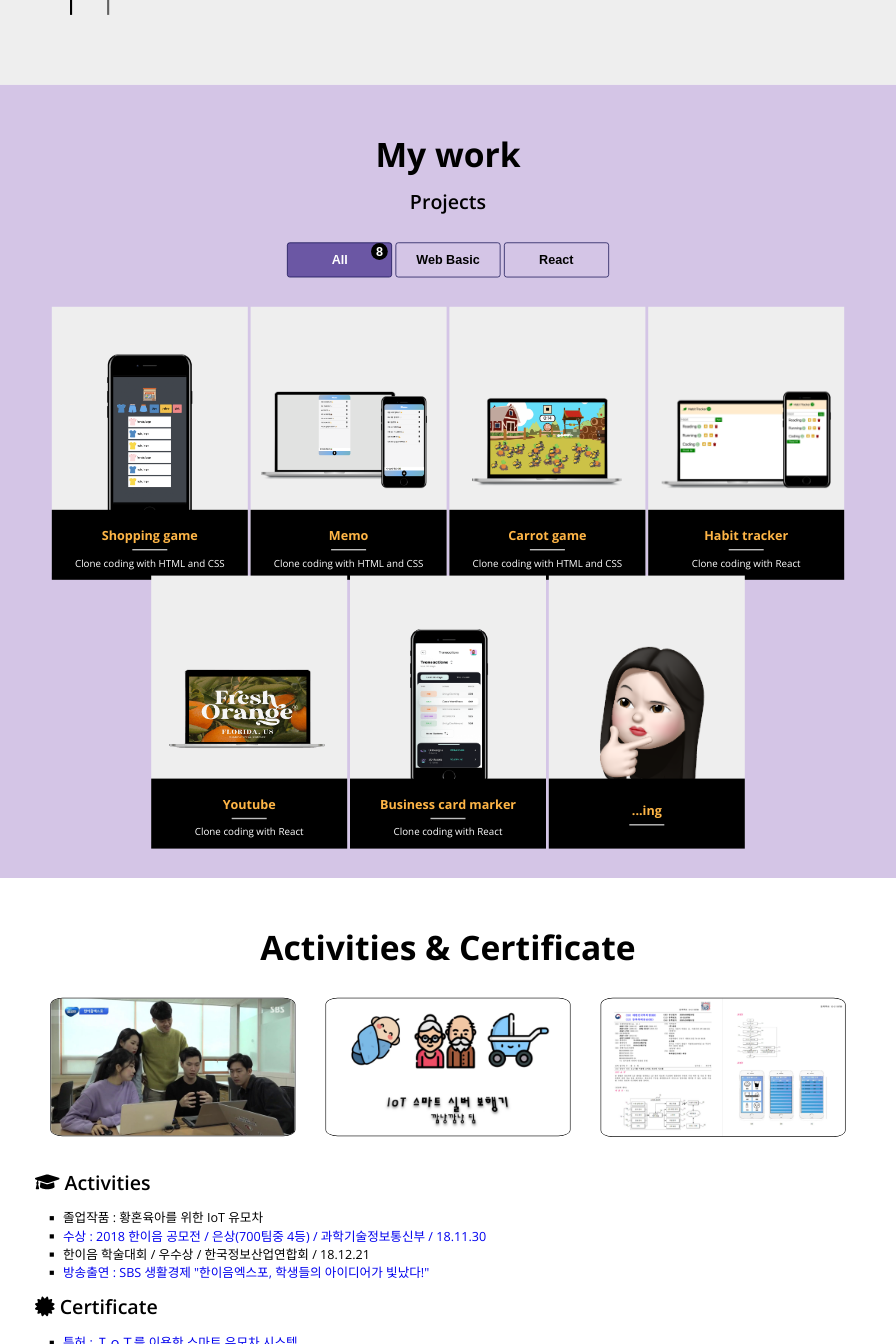
Repository: salangdung-i/portfolio
Page: index.html
These files come from the project's save history. The page is drawn as it stood at one moment and after a run of saves; the edit follows.
The browser window is 1280 px wide. The pictures show the part of the page from y = 3325 to 5245 px (the page is 5787 px tall), at 70% of full size.
Some web fonts or font styles are not loaded; a fallback is used. Some web libraries are served in a nearby version.

Above is the page before, as saved 2021-12-28 13:29:30.

After the next 3 saves:
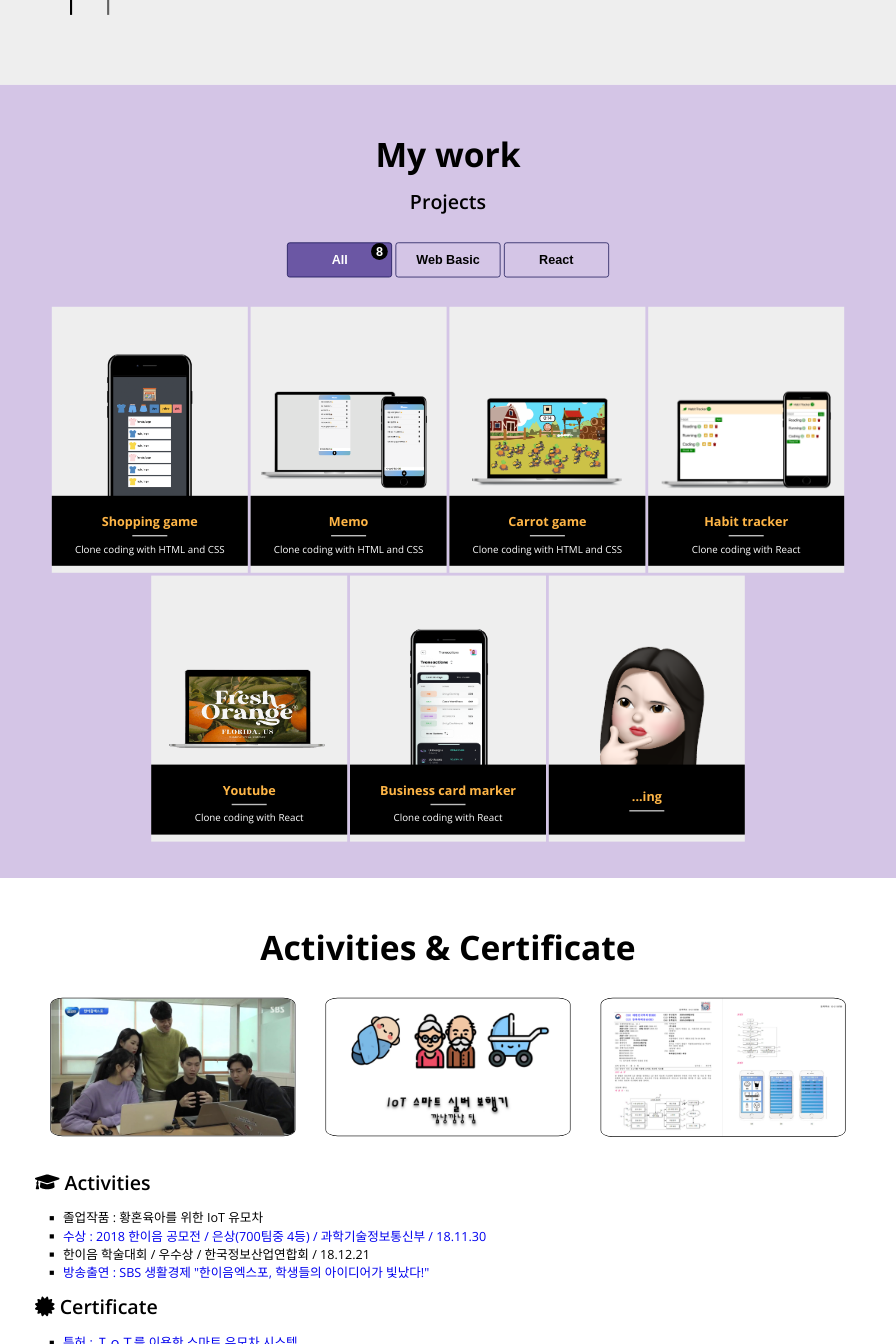
The 3 saves are shown as one change because they came seconds apart.
The last was saved 10 s later.
--- a/style.css
+++ b/style.css
@@ -484,7 +484,7 @@
   width: 100%;
   height: 100px;
   position: absolute;
-  top: 280px;
+  top: 260px;
   left: 0;
   /* opacity: 0; */
   transform: translateY(10px);
